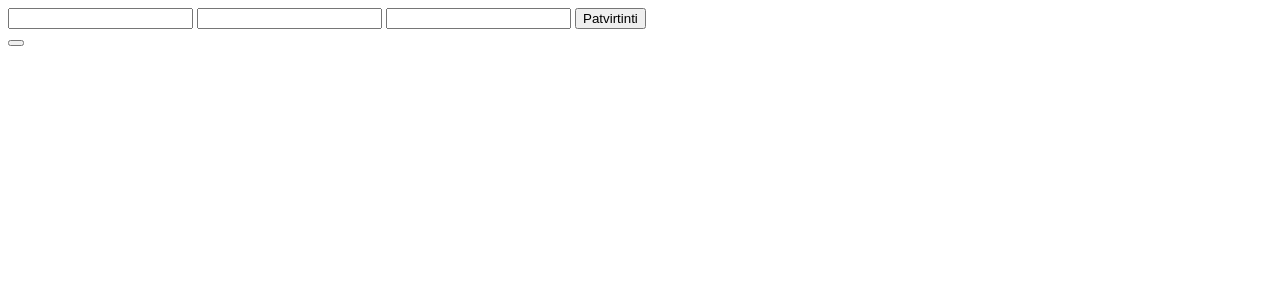
Repository: motiejus1/22-paskaita-05.31
Page: index.html
These files come from the project's save history. The page is drawn as it stood at one moment and after a run of saves; the edit follows.
The browser window is 1280 px wide. The pictures show the whole page.

Above is the page before, as saved 2021-07-06 20:04:19.

After the next 5 saves:
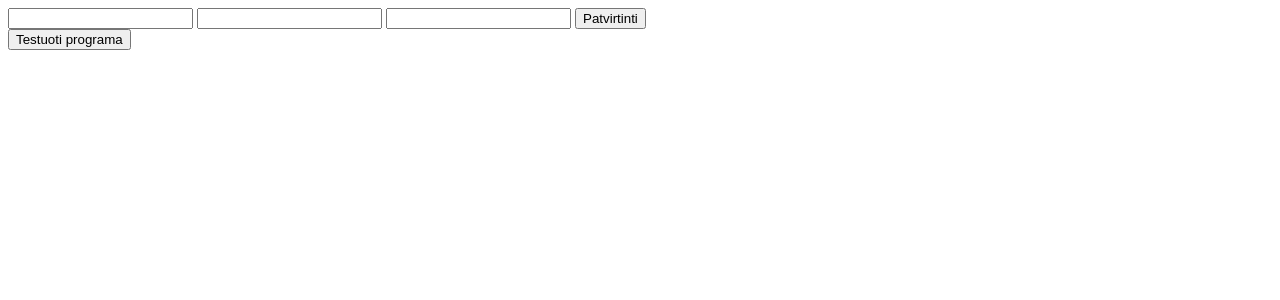
The 5 saves are shown as one change because they came seconds apart.
The last was saved 12 s later.
--- a/index.html
+++ b/index.html
@@ -19,7 +19,7 @@
     </div>
 
     <div class="testavimas">
-        <button></button>
+        <button id=>Testuoti programa</button>
     </div>
 
     <script>
